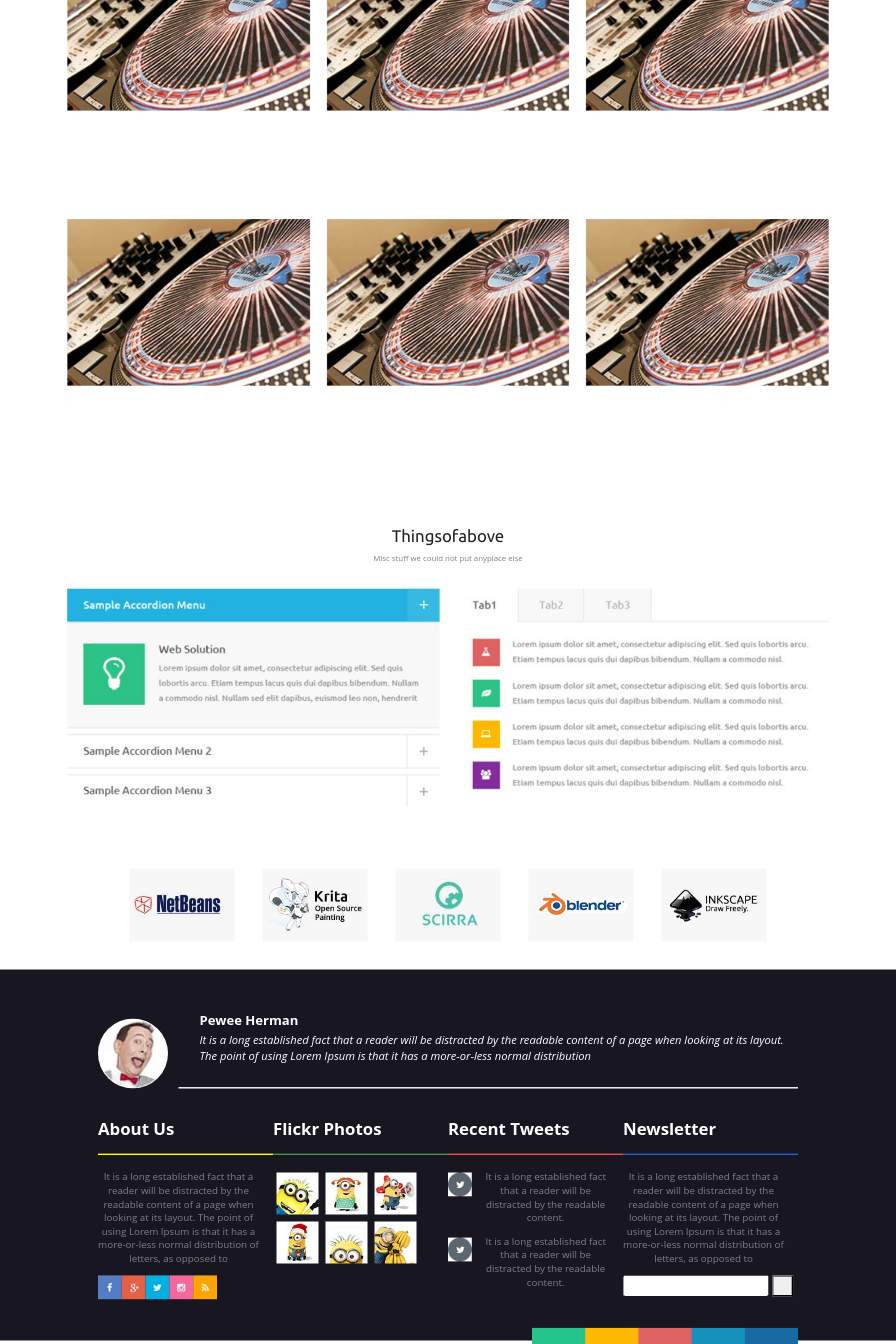
Repository: RenataDzotova/Metrolics-Renata-Beyonce
Page: index.html
These files come from the project's save history. The page is drawn as it stood at one moment and after the next save; the edit follows.
The browser window is 1280 px wide. The pictures show the part of the page from y = 2010 to 3930 px (the page is 3930 px tall before and 3890 px after), at 70% of full size.
Some web fonts or font styles are not loaded; a fallback is used.

Above is the page before, as saved 2022-02-02 18:04:26.

### index.html
<!doctype html>
<html class="no-js" lang="">

<head>
  <meta charset="utf-8">
  <title>Metrolics</title>
  <meta name="description" content="">
  <meta name="viewport" content="width=device-width, initial-scale=1">

  <meta property="og:title" content="">
  <meta property="og:type" content="">
  <meta property="og:url" content="">
  <meta property="og:image" content="">

  <link rel="manifest" href="site.webmanifest">
  <link rel="apple-touch-icon" href="icon.png">
  <!-- Place favicon.ico in the root directory -->

  <link rel="preconnect" href="https://fonts.googleapis.com">
  <link rel="preconnect" href="https://fonts.gstatic.com" crossorigin>
  <link href="https://fonts.googleapis.com/css2?family=Chewy&family=Gluten:wght@600&family=Ubuntu:wght@300;400&display=swap" rel="stylesheet">
  <link rel="stylesheet" href="css/normalize.css">
  <link rel="stylesheet" href="css/main.css">
  <link rel="stylesheet" href="css/renata.css">

  <meta name="theme-color" content="#fafafa">
</head>

<body>

    <div class = "header">
        <div class = "navBar">
            <div class = "logo"> <img src = "photos/logo.jpg" alt = "logo"> </div>
            <div class="home"><img src="https://img.icons8.com/material-rounded/38/ffffff/home-page.png"/>Home</div>
            <div class="pages"><img src="https://img.icons8.com/windows/38/ffffff/code-fork--v1.png"/>Pages</div>
            <div class="blog"><img src="https://img.icons8.com/windows/38/ffffff/megaphone.png"/>Blog</div>
            <div class="portfolio"><img src="https://img.icons8.com/windows/38/ffffff/suitcase.png"/>Portfolio</div>
            <div class="contact"><img src="https://img.icons8.com/windows/38/ffffff/secured-letter--v1.png"/>Home</div>
        </div>
        <div class = "minions">
            <div class = "minions-div"><img src = "photos/Screen Shot 2022-01-25 at 2.02.28 PM.png" alt = "minion picture"></div>

        </div>
        <div class = "arrowOne"></div>
                <div class = "three-items">
                    <div class = "first-item">Metro Style</div>
                    <div class = "second-item">Retina Ready</div>
                    <div class = "third-item">Responsive Design</div>
                </div>
        <div class = "arrowTwo"></div>
    </div>


    <div class="MainContent">
        <div class= "page__intro">
            <div class="row">
                <h1 class="heading">
                    Hey guys! This is the Metrolics theme. It sports a responsive layout with a mobile layout.
                </h1>
            </div>
        </div>

        <section class="about">
            <div class="row l-col-4">
                    <div class="column span-full">
                        <h2 class="heading">
                            Things That We Do
                        </h2>
                        <p>Ask us what we can do for you</p>
                    </div>
                    <div class="column">
                        <figure class="project">
                            <img class="imgs" src="img/Bulb.png">
                            <h3 class="heading">Web Solutions</h3>
                            <p>We are a fairly small, flexible design studio that designs for print and web. We work flexibly with clients to fulfil their design needs. Whether you need to create a brand from scratch, including marketing materials and a beautiful and functional website or whether you are looking for a design refresh we are confident you will be pleased with the results.</p>
                        </figure>
                    </div>
                    <div class="column">
                        <figure class="project">
                            <img class="imgs" src="img/Pic.png">
                            <h3 class="heading">Photography</h3>
                            <p>We are a fairly small, flexible design studio that designs for print and web. We work flexibly with clients to fulfil their design needs. Whether you need to create a brand from scratch, including marketing materials and a beautiful and functional website or whether you are looking for a design refresh we are confident you will be pleased with the results.</p>
                        </figure>
                    </div>
                    <div class="column">
                        <figure class="project">
                            <img class="imgs" src="img/Gear.png">
                            <h3 class="heading">Web Developement</h3>
                            <p>We are a fairly small, flexible design studio that designs for print and web. We work flexibly with clients to fulfil their design needs. Whether you need to create a brand from scratch, including marketing materials and a beautiful and functional website or whether you are looking for a design refresh we are confident you will be pleased with the results.</p>
                        </figure>
                    </div>
                    <div class="column">
                        <figure class="project">
                            <img class="imgs" src="img/Pencil.png">
                            <h3 class="heading">Web Design</h3>
                            <p>We are a fairly small, flexible design studio that designs for print and web. We work flexibly with clients to fulfil their design needs. Whether you need to create a brand from scratch, including marketing materials and a beautiful and functional website or whether you are looking for a design refresh we are confident you will be pleased with the results.</p>
                        </figure>
                    </div>
                </div>
        </section>

        <section class="projects--new">
            <div class="row m-col-2 l-col-3">
                <div class="column span-full">
                    <h2 class="heading">
                        What's Up Lately?
                    </h2>
                    <p>Read up on our latest work<p>
                </div>
                <div class="column special-project">
                    <figure class="project">
                        <img src="img/Image-More.png" alt="Sample Image Post">
                    </figure>
                </div>
                <div class="column">
                    <figure class="project">
                        <img src="img/Image-More.png" alt="Sample Image Post">
                    </figure>
                </div>
                <div class="column">
                    <figure class="project">
                        <img src="img/Image-More.png" alt="Sample Image Post">
                    </figure>
                </div>
            </div>
        </section>
        <hr>
        <section class="projects">
            <div class="row m-col-2 l-col-3">
                <div class="column span-full">
                    <h2 class="heading">
                        Our Latest Projects
                    </h2>
                    <p>Client happy? We are happy.</p>
                </div>
                <div class="column">
                    <figure class="project">
                        <img src="img/Image.png" alt="Sample Image Post">
                        <div class="text"> <h4>Sample Image Post</h4> <h5>Photography</h5></div>
                        <div class="textimg"><img src="img/box.png"></div>
                    </figure>
                </div>
                <div class="column">
                    <figure class="project">
                        <img src="img/Image.png" alt="Sample Image Post">
                        <div class="text"> <h4>Sample Image Post</h4> <h5>Photography</h5></div>
                        <div class="textimg"><img src="img/box.png"></div>
                    </figure>
                </div>
                <div class="column">
                    <figure class="project">
                        <img src="img/Image.png" alt="Sample Image Post">
                        <div class="text"> <h4>Sample Image Post</h4> <h5>Photography</h5></div>
                        <div class="textimg"><img src="img/box.png"></div>
                    </figure>
                </div>
                <div class="column">
                    <figure class="project">
                        <img src="img/Image.png" alt="Sample Image Post">
                        <div class="text"> <h4>Sample Image Post</h4> <h5>Photography</h5></div>
                        <div class="textimg"><img src="img/box.png"></div>
                    </figure>
                </div>
                <div class="column">
                    <figure class="project">
                        <img src="img/Image.png" alt="Sample Image Post">
                        <div class="text"> <h4>Sample Image Post</h4> <h5>Photography</h5></div>
                        <div class="textimg"><img src="img/box.png"></div>
                    </figure>
                </div>
                <div class="column">
                    <figure class="project">
                        <img src="img/Image.png" alt="Sample Image Post">
                        <div class="text"> <h4>Sample Image Post</h4> <h5>Photography</h5></div>
                        <div class="textimg"><img src="img/box.png"></div>
                    </figure>
                </div>
            </div>
        </section>

        <section class="thingsofabove .s-hide">
            <div class="row l-col-2">
                <div class="column span-full">
                    <h2 class="heading">
                        Thingsofabove
                    </h2>
                    <p>Misc stuff we could not put anyplace else</p>
                </div>
                <div class="column">
                    <figure class="project">
                        <img src="img/Acordian.png" alt="Sample Image Post">
                    </figure>
                </div>
                <div class="column">
                    <figure class="project">
                        <img src="img/Tabs.png" alt="Sample Image Post">
                    </figure>
                </div>
            </div>
        </section>
  </div>

  <div class = "footer">
    <div class = "partners-logos">
        <div><img src = "photos/Client.jpg" alt = "partners"></div>
        <div><img src = "photos/krita.jpg" alt = "partners"></div>
        <div><img src = "photos/Scirra.jpg" alt = "partners"></div>
        <div><img src = "photos/blender.jpg" alt = "partners"></div>
        <div><img src = "photos/inkscape.jpg" alt = "partners"></div>
    </div>
    <div class = "footer-black">
        <div class = "footerBlack_content">
                <div class = "PeweeHerman">
                    <div class = "photo"><img src = "photos/portrait.jpg" alt = "photo"></div>
                    <div class = "text">
                        <h3>Pewee Herman</h3>
                        <i>It is a long established fact that a reader will be distracted by the readable content of a page when looking at its layout. The point of using Lorem Ipsum is that it has a more-or-less normal distribution </i>
                    </div>
                </div>
                <div class = "info-blocks">
                    <div class = "blockOne">
                        <div class = "textAbout"><h2>About Us</h2></div>
                        <p>It is a long established fact that a reader will be distracted by the readable content of a page when looking at its layout. The point of using Lorem Ipsum is that it has a more-or-less normal distribution of letters, as opposed to</p>
                        <div class = "social-media-icons">
                            <img src = "photos/btn-facebook.jpg" alt = "icon">
                            <img src = "photos/btn-google+.jpg" alt = "icon">
                            <img src = "photos/btn-twitter.jpg" alt = "icon">
                            <img src = "photos/btn-instagram.jpg" alt = "icon">
                            <img src = "photos/btn-rss.jpg" alt = "icon">
                        </div>
                    </div>
                    <div class = "blockTwo">
                        <div class = "textPhotos"><h2>Flickr Photos</h2></div>
                            <div class = "minion-pictures">
                                <img src = "photos/minion1.jpg" alt = "minion">
                                <img src = "photos/minion2.jpg" alt = "minion">
                                <img src = "photos/minion3.jpg" alt = "minion">
                                <img src = "photos/minion4.jpg" alt = "minion">
                                <img src = "photos/minion5.jpg" alt = "minion">
                                <img src = "photos/minion6.jpg" alt = "minion">
                            </div>
                    </div>
                    <div class = "blockThree">
                        <div class = "textTweets"><h2>Recent Tweets</h2></div>
                        <div class = "tweets">
                            <img src = "photos/icon-tweet.jpg" alt = "twitter-logo">
                            <p>It is a long established fact that a reader will be distracted by the readable content.</p>
                        </div>
                        <div class = "tweets">
                            <img src = "photos/icon-tweet.jpg" alt = "twitter-logo">
                            <p>It is a long established fact that a reader will be distracted by the readable content.</p>
                        </div>
                    </div>
                    <div class = "blockFour">
                        <div class = "textForm"><h2>Newsletter</h2></div>
                        <p>It is a long established fact that a reader will be distracted by the readable content of a page when looking at its layout. The point of using Lorem Ipsum is that it has a more-or-less normal distribution of letters, as opposed to</p>
                        <div class = "form">
                            <input type="email" id="email" name="email">
                            <button type="button"></button>
                        </div>
                    </div>

                </div>
                <div class = "colorfulThing">
                    <div><img src = "photos/coloured bars.jpg" alt = "blocks"></div>
                </div>
        </div>
</div>





  <script src="js/vendor/modernizr-3.11.2.min.js"></script>
  <script src="js/plugins.js"></script>
  <script src="js/main.js"></script>

  <!-- Google Analytics: change UA-XXXXX-Y to be your site's ID. -->
  <script>
    window.ga = function () { ga.q.push(arguments) }; ga.q = []; ga.l = +new Date;
    ga('create', 'UA-XXXXX-Y', 'auto'); ga('set', 'anonymizeIp', true); ga('set', 'transport', 'beacon'); ga('send', 'pageview')
  </script>
  <script src="https://www.google-analytics.com/analytics.js" async></script>
</body>

</html>

### css/renata.css
/* /////////////    THIS IS THE HEADER    ///////////// */

.header{
    display:flex;
    justify-content: center;
    align-items: center;
    flex-direction: column;
  }






  /* ////////////   NAVBAR    */
  .navBar{
    display: flex;
    flex-direction: row;
    justify-content: center;
    align-items: center;
    width: 1000px;
  }


  /* //////  nav bar icons and img /////// */
  .navBar .logo{
    margin: 0 40px 0 0;
  }

  .home img, .pages img, .blog img, .portfolio img, .contact img{
    width: 30px;
}

  .navBar .home{
    background-color: rgb(71, 148, 71);
    width: 100px;
    height: 100px;
    color: white;
    display: flex;
    flex-direction: column;
    justify-content: center;
    align-items: center;
  }

  .navBar .pages{
    background-color: rgb(236, 226, 77);
    width: 100px;
    height: 100px;
    color: white;
    display: flex;
    flex-direction: column;
    justify-content: center;
    align-items: center
  }

  .navBar .blog{
    background-color: rgb(236, 76, 76);
    width: 100px;
    height: 100px;
    color: white;
    display: flex;
    flex-direction: column;
    justify-content: center;
    align-items: center
  }

  .navBar .portfolio{
    background-color: rgb(99, 205, 212);
    width: 100px;
    height: 100px;
    color: white;
    display: flex;
    flex-direction: column;
    justify-content: center;
    align-items: center
  }

  .navBar .contact{
    background-color: rgb(34, 97, 214);
    width: 100px;
    height: 100px;
    color: white;
    display: flex;
    flex-direction: column;
    justify-content: center;
    align-items: center
  }






  /* //////  minion picture section  /////// */
  .minions{
    background-color: rgb(187, 187, 187);
    width: 100%;
    display: flex;
    justify-content: center;
    align-items:center;
    flex-direction: column;
  }

  .minions img{
      width: 1100px;
  }



  /* /////   text and arrows on minion picture  /////// */
  .first-item, .second-item, .third-item{
    background-color: lightgray;
    opacity: 50%;
    width: 170px;
    height: 35px;
    margin: 2px;
    top: -280px;
    left: -300px;
    padding-left: 10px;

  }

  .minions .three-items p{
    opacity: 100%;
  }

  .first-item{
    border-left:rgb(34, 97, 214) 5px solid;
    position: relative;
  }
  .second-item{
    border-left:rgb(236, 76, 76) 5px solid;
    position: relative;
  }
  .third-item{
    border-left:rgb(236, 226, 77)5px solid;
    position: relative;
  }









/* //////////////  logo pictures above footer ////////// */
  .partners-logos{
    display: flex;
    flex-direction: row;
    align-items: center;
    justify-content: center;
  }

  .partners-logos img{
    margin: 40px 20px 40px 20px;
    width: 150px;
  }







  /* ///////////     FOOTER      /////////  */

  .footer-black{
    background-color: rgb(24, 22, 32);
    display: flex;
    flex-direction: column;
    align-items: center;
    justify-content: center;
    height: 530px;
  }

  .footerBlack_content{
    width: 1000px;
    height: 450px;
    margin: 0px;
  }





  /* ////////// Pewee Herman Section ////////// */
  .PeweeHerman{
    display: flex;
    flex-direction: row;
    width: 1000px;
  }

  .PeweeHerman img{
    border-radius: 50%;
    margin: 30px 15px 20px 0;
    width: 100px;
  }

  .PeweeHerman .text{
    color: white;
    padding-bottom: 10px;
    margin-bottom: 20px;
    padding-left: 30px;
  }




  /* ////////// information blocks ////////// */

  .info-blocks h3{
    margin-bottom: 30px;
  }

  .text > h3{
    margin-bottom: 5px;
  }

  .info-blocks{
    display: flex;
    flex-direction: row;
    align-content: flex-start;
    width: 1000px;
  }

  .info-blocks p{
    font-size: 14px;
    margin-top: 0;
    padding-right: 20px;
  }

  .info-blocks div{
    width: 250px;
  }





  /* ///////  block one  ////// */
  .info-blocks .blockOne{
    display: flex;
    flex-direction: column;
    color:  white;
    width: 25%;
  }

  .info-blocks .social-media-icons{
    display: flex;
    flex-direction: row;
    width: 160px;
  }

  .textAbout{
    border-bottom: yellow 2px solid;
    margin-bottom: 20px;
  }





  /* ////// block two  //////// */
  .info-blocks .blockTwo{
    display: flex;
    flex-direction: column;
    color:  white;
    width: 25%;
  }

  .blockTwo .minion-pictures{
    display: flex;
    flex-direction: row;
    flex-wrap: wrap;
    width: 250px;
    height: 100px;
  }

  .blockTwo .minion-pictures>img{
    margin: 5px;
    width: 60px;
    height: 60px;
  }

  .textPhotos{
    border-bottom: rgb(71, 148, 71) 2px solid;
    margin-bottom: 20px;
  }





  /* ///////// block three  ///////// */
  .info-blocks .blockThree{
    display: flex;
    flex-direction: column;
    color: white;
  }

  .blockThree .tweets{
    display: flex;
    flex-direction: row;
  }

  .blockThree .tweets img{
    width: 34px;
    height: 34px;
    margin: 5px 15px 0 0;
  }

  .blockThree .tweets p{
    margin-top: 0px;
  }

  .textTweets{
    border-bottom: rgb(236, 76, 76) 2px solid;
    margin-bottom: 20px;
  }





  /* //////   block four   ///////// */
  .info-blocks .blockFour{
    display: flex;
    flex-direction: column;
    color: white;
  }


  .blockFour input{
    width: 200px;
  }

  .blockFour button{
    width: 30px;
    height: 30px;
    border-radius: 0;
    margin-left: 5px;
  }
  .form{
    display: flex;
    justify-content: flex-start;
  }

  .text{
    border-bottom: white 2px solid;
  }

  .textForm{
    border-bottom: rgb(34, 97, 214) 2px solid;
    margin-bottom: 20px;
  }





/* /////////////  colorful thing on the bottom  //////// */

  .colorfulThing{
    display: flex;
    justify-content: flex-end;
    margin-top: 40px;
  }





  /* //////////////// media queries //////////// */

  @media screen and (max-width: 74.9375em) {
    .footerBlack_content{
        width: 600px;
        height: 1000px;
    }

    .footer-black{
        height: fit-content;
    }

    .PeweeHerman{
        width: 600px;
    }

    .info-blocks{
        display: grid;
        grid-template-columns: auto auto;
        grid-template-rows: 150px 150px;
        width: 600px;
        grid-gap: 130px 10px;
        padding: 10px;
    }

    .blockOne p{
        width: 250px;
    }

    .colorfulThing{
        bottom: 0;
    }

    /* .info-blocks{
        display: flex;
        flex-direction: row;
        align-content: flex-start;
        width: 600px;
    } */


}

Loaded but not shown: css/normalize.css (library); js/vendor/modernizr-3.11.2.min.js (library); js/plugins.js (24 lines, source omitted); css/main.css (460 lines, source omitted); js/main.js (no stored copy; drawn as an empty file)

After the next save:
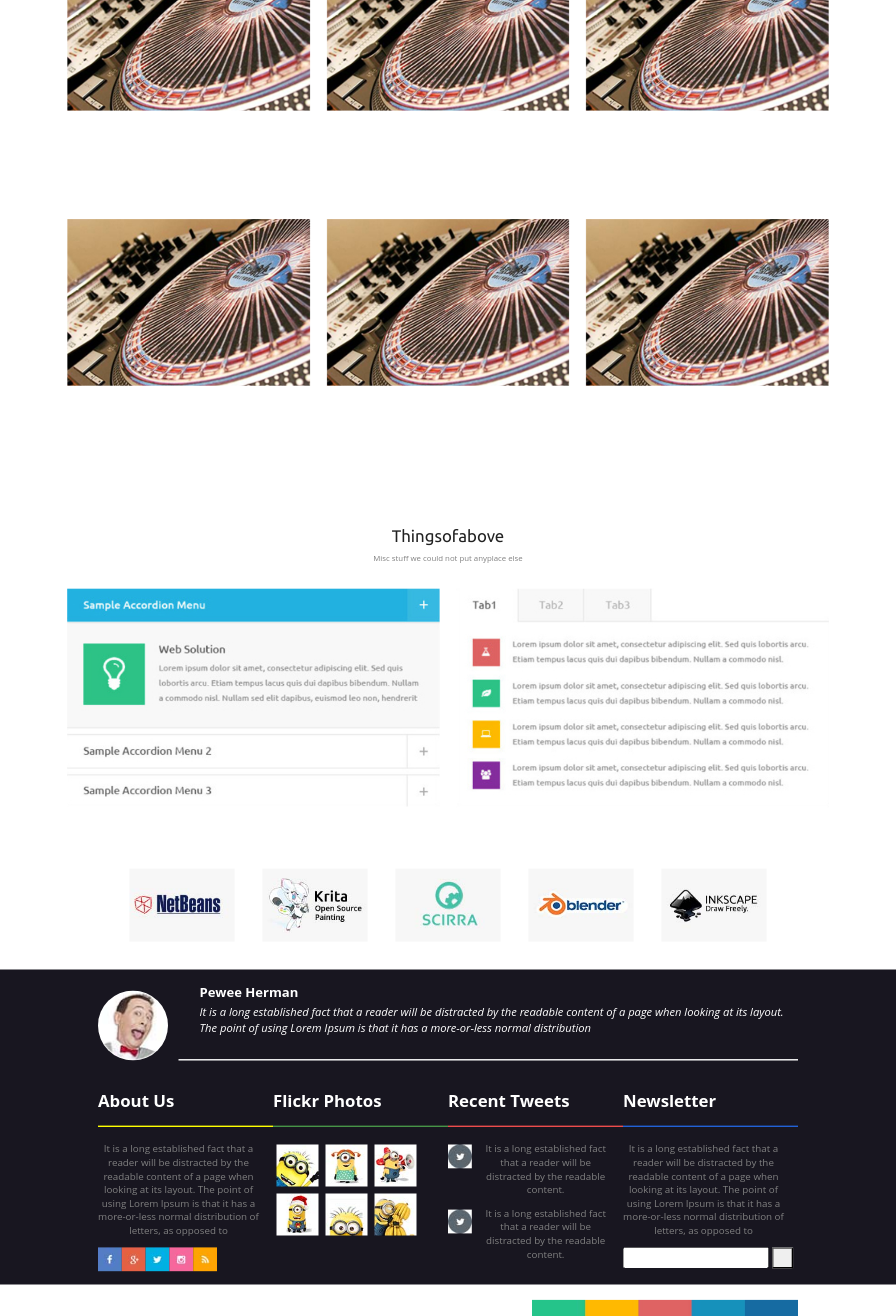
Saved 77 s later.
--- a/css/renata.css
+++ b/css/renata.css
@@ -172,7 +172,7 @@
     flex-direction: column;
     align-items: center;
     justify-content: center;
-    height: 530px;
+    height: fit-content;
   }
 
   .footerBlack_content{
